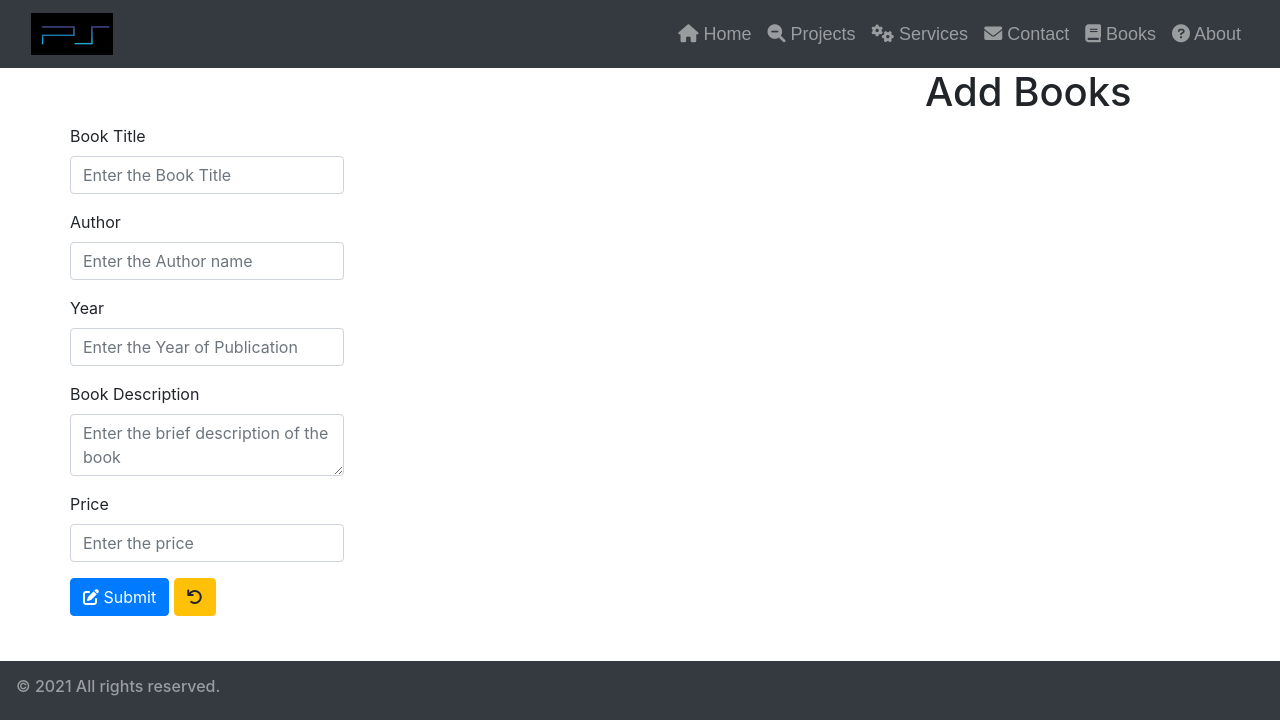
Repository: ParambirParambir/Assignment02
Page: http://localhost/book-list/add
The author's editor kept a copy of each file at every save. The page is drawn from the files as they stood at one save, then again after the next save.
The browser window is 1280 px wide. The pictures show the whole page.
Some web libraries are served in a nearby version. The page is served by the project's Node server (server/config/app.js). Other server files are loaded and not shown.

Above is the page before, as saved 2021-10-21 19:46:45.

### server/views/book/add.ejs
<%- include ../partials/header.ejs %>

<%- include ../partials/main_nav.ejs %>

<!--Main content for Add page-->
<div class="container">
    <div class="row">
        <div class="offset-md-3 col-md-6"></div>
        <h1><%= title %></h1>

        <form class="form" method="post">
            <div class="form-group">
                <label for="nameTextField">Book Title</label>
                <input type="text" class="form-control" id="nameTextField" placeholder="Enter the Book Title" name="name" required>
            </div>

            <div class="form-group">
                <label for="authorTextField">Author</label>
                <input type="text" class="form-control" id="authorTextField" placeholder="Enter the Author name" name="author" required>
            </div>

            <div class="form-group">
                <label for="publishedTextField">Year</label>
                <input type="text" class="form-control" id="publishedTextField" placeholder="Enter the Year of Publication " name="year" required>
            </div>

            <div class="form-group">
                <label for="descriptionTextArea">Book Description</label>
                <textarea type="text" class="form-control" id="descriptionTextArea" placeholder="Enter the brief description of the book" name="description" required></textarea>
            </div>

            <div class="form-group">
                <label for="priceTextField">Price</label>
                <input type="number" class="form-control" id="priceTextField" placeholder="Enter the price" name="price" required>
            </div>

            <button class="btn btn-primary " type="submit">
                <i class="fas fa-edit"></i> Submit</button>

                <a href="/book-list" class="btn btn-warning"><i class="fas fa-undo"></i></a>


    </div>
</div>

<%- include ../partials/bottom_nav.ejs %>

<%- include ../partials/footer.ejs %>

### server/views/partials/header.ejs
<!DOCTYPE html>
<html lang="en">
<head>
  <meta charset="UTF-8">
  <meta http-equiv="X-UA-Compatible" content="IE=edge">
  <meta name="viewport" content="width=device-width, initial-scale=1.0">
  <title><%= title %> page</title>

  <!--css-->
  <link rel='stylesheet' href='/Content/app.css' />

<!--These stylesheets were saying 404 in console-->

  <!--<link rel="stylesheet" href="/bootstrap/dist/bootstrap.min.css">
  <link rel="stylesheet" href='/@fortawesome/fontawesome-free/css/all.min.css'-->

  <link rel="stylesheet" href="https://cdn.jsdelivr.net/npm/bootstrap@4.6.0/dist/css/bootstrap.min.css" integrity="sha384-B0vP5xmATw1+K9KRQjQERJvTumQW0nPEzvF6L/Z6nronJ3oUOFUFpCjEUQouq2+l" crossorigin="anonymous">
 <link rel="stylesheet" href="https://cdnjs.cloudflare.com/ajax/libs/font-awesome/6.0.0-beta2/css/all.min.css" integrity="sha512-YWzhKL2whUzgiheMoBFwW8CKV4qpHQAEuvilg9FAn5VJUDwKZZxkJNuGM4XkWuk94WCrrwslk8yWNGmY1EduTA==" crossorigin="anonymous" referrerpolicy="no-referrer" />

</head>
<body>

### server/views/partials/main_nav.ejs
 <!--main nav-->
  <nav class="navbar navbar-expand-lg navbar-dark bg-dark">
    <div class="container-fluid">
      <a class="navbar-brand" href="/home"><img src="/Assets/images/logo.jpg" class="logo"></a>
      <button class="navbar-toggler" type="button" data-bs-toggle="collapse" data-bs-target="#navbarSupportedContent" aria-controls="navbarSupportedContent" aria-expanded="false" aria-label="Toggle navigation">
        <span class="navbar-toggler-icon"></span>
      </button>

      <div class="collapse navbar-collapse" id="navbarSupportedContent">
        <ul class="navbar-nav ml-auto mb-2 mb-lg-0">

          <% if (title=="Home"){%>
          <li class="nav-item active"><%}
          else {%>
              <li class="nav-item"><% }%>

            <a class="nav-link" aria-current="page" href="/home"><i class="fas fa-home"></i> Home </a>
          </li>

          <% if (title=="Projects"){%>
          <li class="nav-item active"><%}
          else {%>
              <li class="nav-item"><% }%>
            <a class="nav-link" href="/projects"><i class="fas fa-search-minus"></i> Projects </a>
          </li>

          <% if (title=="Services"){%>
          <li class="nav-item active"><%}
          else {%>
              <li class="nav-item"><% }%>
            <a class="nav-link" href="/services"><i class="fas fa-cogs"></i> Services </a>
          </li>

          <% if (title=="Contact"){%>
          <li class="nav-item active"><%}
          else {%>
              <li class="nav-item"><% }%>
            <a class="nav-link" href="/contact"><i class="fas fa-envelope"></i> Contact </a>
          </li>

            <% if (title=="Books"){%>
          <li class="nav-item active"><%}
          else {%>
              <li class="nav-item"><% }%>
            <a class="nav-link" href="/book-list"><i class="fa-solid fa-book"></i> Books </a>
          </li>

          <% if (title=="About"){%>
          <li class="nav-item active"><%}
          else {%>
              <li class="nav-item"><% }%>
            <a class="nav-link" href="/about"><i class="fas fa-question-circle"></i> About </a>


        </ul>
      </div>
    </div>
  </nav>

### server/views/partials/bottom_nav.ejs
<!--bottom nav-->
<footer class="container">
    <nav class="navbar fixed-bottom navbar-dark bg-dark">
    <h6 class="navbar-text">&copy; 2021 All rights reserved.</h6>
    </nav>
</footer>

### server/views/partials/footer.ejs
  <!--scripts-->

  <script src="https://ajax.googleapis.com/ajax/libs/jquery/2.1.1/jquery.min.js"></script>
 <!-- <script src="/jquery/dist/jquery.min.js"></script>-->
  <script src="/Scripts/app.js"></script>
</body>
</html>

### server/config/app.js
let createError = require('http-errors');
let express = require('express');
let path = require('path');
let cookieParser = require('cookie-parser');
let logger = require('morgan');

//database setup
let mongoose=require('mongoose');
let DB=require('./db');

//connect mongoose to the DB URI
mongoose.connect(DB.URI, {useNewUrlParser: true}, {useUnifiedTopology:true} );

let mongoDB=mongoose.connection;
mongoDB.on('error', console.error.bind(console,'connection error: '));
mongoDB.once('open',()=>{
  console.log('Connected to MongoDB...');
});

let indexRouter = require('../routes/index');
let usersRouter = require('../routes/users');
let booksRouter = require('../routes/book');
const { Console } = require('console');

let app = express();

// view engine setup
app.set('views', path.join(__dirname, '../views'));
app.set('view engine', 'ejs');

app.use(logger('dev'));
app.use(express.json());
app.use(express.urlencoded({ extended: false }));
app.use(cookieParser());
app.use(express.static(path.join(__dirname, '../../public')));
app.use(express.static(path.join(__dirname, '../../node_modules')));

app.use('/', indexRouter);
app.use('/users', usersRouter);
app.use('/book-list', booksRouter);

// catch 404 and forward to error handler
app.use(function(req, res, next) {
  next(createError(404));
});

// error handler
app.use(function(err, req, res, next) {
  // set locals, only providing error in development
  res.locals.message = err.message;
  res.locals.error = req.app.get('env') === 'development' ? err : {};

  // render the error page
  res.status(err.status || 500);
  res.render('error', {title: 'Error'});
});

module.exports = app;

### server/routes/book.js
let express=require("express");
let router=express.Router();
let mongoose=require('mongoose');

//connect to our book model
let Book =require('../models/book');

/*Get Route for the Book list page- READ operation*/
router.get('/',(req,res,next)=>{
    Book.find((err,BookList)=>{
        if(err)
        {
            return console.error(err);
        }
        else
        {
           // console.log(BookList);

           res.render('book/list.ejs', {title:'Books', BookList:BookList})
        }
    });

});

/*Get Route for the Add page- CREATE operation*/
router.get('/add', (req, res, next)=>{
    res.render('book/add', {title: 'Add Books'})
});

/*Post Route for the Add page- CREATE operation*/
router.post('/add', (req, res, next)=>{
    let newBook=Book(
        {
            "name":req.body.name,
            "author":req.body.author,
            "published":req.body.published,
            "description": req.body.description,
            "price": req.body.price
        }
    );
    Book.create(newBook, (err, Book)=>{
        if(err)
        {
            console.log(err);
            res.end(err);
        }
        else
        {
            //refresh the book list
            res.redirect('/book-list');
        }
    })
});

/*Get Route for the Edit page- UPDATE operation*/
router.get('/edit/:id', (req, res, next)=>{
    let id=req.params.id;

    Book.findById(id, (err, bookToEdit)=>{
        if(err)
        {
            console.log(err);
            res.end(err);
        }
        else
        {
            //refresh the book list
            res.render('book/edit', {title:'Edit Book', book:bookToEdit})
        }
    });
});

/*Post Route for the Edit age- UPDATE operation*/
router.post('/edit/:id', (req, res, next)=>{
    let id=req.params.id

    let updateBook=Book
    (
        {
            "_id":id,
            "name":req.body.name,
            "author":req.body.author,
            "published":req.body.published,
            "description": req.body.description,
            "price": req.body.price
        }
    );
    Book.updateOne({_id:id},updateBook, (err)=>{
        if(err)
        {
            console.log(err);
            res.end(err);
        }
        else
        {
            //refresh the book list
            res.redirect('/book-list');
        }
    });
});

/*Get to perform Deletion- DELETE operation*/
router.get('/delete/:id', (req, res, next)=>{
    let id=req.params.id;

    Book.remove({_id:id}, (err)=>{
        if(err)
        {
            console.log(err);
            res.end(err);
        }
        else
        {
            //refresh the book list
            res.redirect('/book-list');
        }
        });
    });

module.exports=router;

### public/Content/app.css
/*-custom css--*/
p{
    font-family: sans-serif; font-size: larger; font-weight: 700;
}
ul{
    font-family: sans-serif; font-size: large; color: rgb(11, 11, 66);
}

/*designing of email and calling sysmbols*/
.contactUsEmail{
    width: 7%; height: 7%; float: right; padding-right: 3%; padding-top: 2%;
}
.contactUsPhone{
    width: 4.2%; height: 4.2%; float: right; margin-right: 7%;  padding-top: 2%;
}
.descriptionOfProjects{
    font-family: Cambria, Cochin, Georgia, Times, 'Times New Roman', serif; font-size: medium; color: rgb(34, 34, 34);
}
h2, h4{
    color:rgb(238, 46, 46);
}
.logo{
    width: 50%;
}

### public/Scripts/app.js
/*IIFE*/

(function()
{
    function Start()
    {
        console.log("App started...");
    }
    window.addEventListener("load", Start);
})();

After the next save:
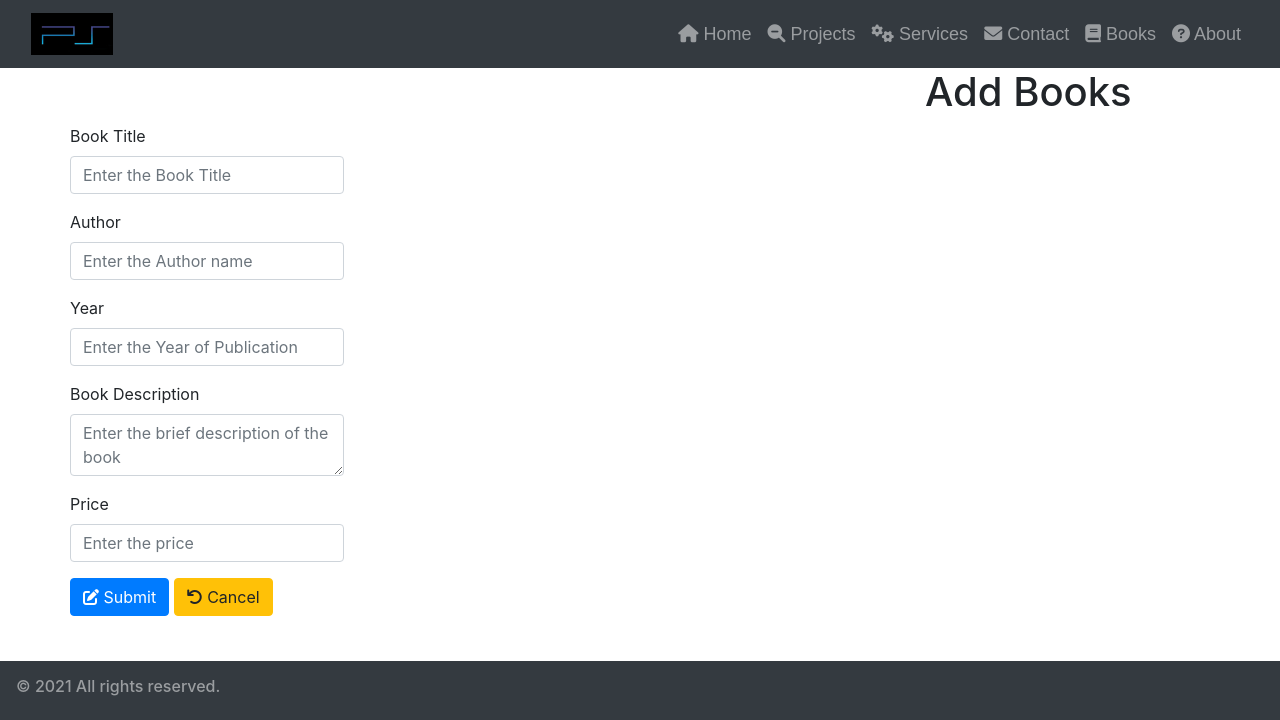
Saved 14 s later.
--- a/server/views/book/add.ejs
+++ b/server/views/book/add.ejs
@@ -37,7 +37,7 @@
             <button class="btn btn-primary " type="submit">
                 <i class="fas fa-edit"></i> Submit</button>
 
-                <a href="/book-list" class="btn btn-warning"><i class="fas fa-undo"></i></a>
+                <a href="/book-list" class="btn btn-warning"><i class="fas fa-undo"></i> Cancel</a>
 
 
     </div>
